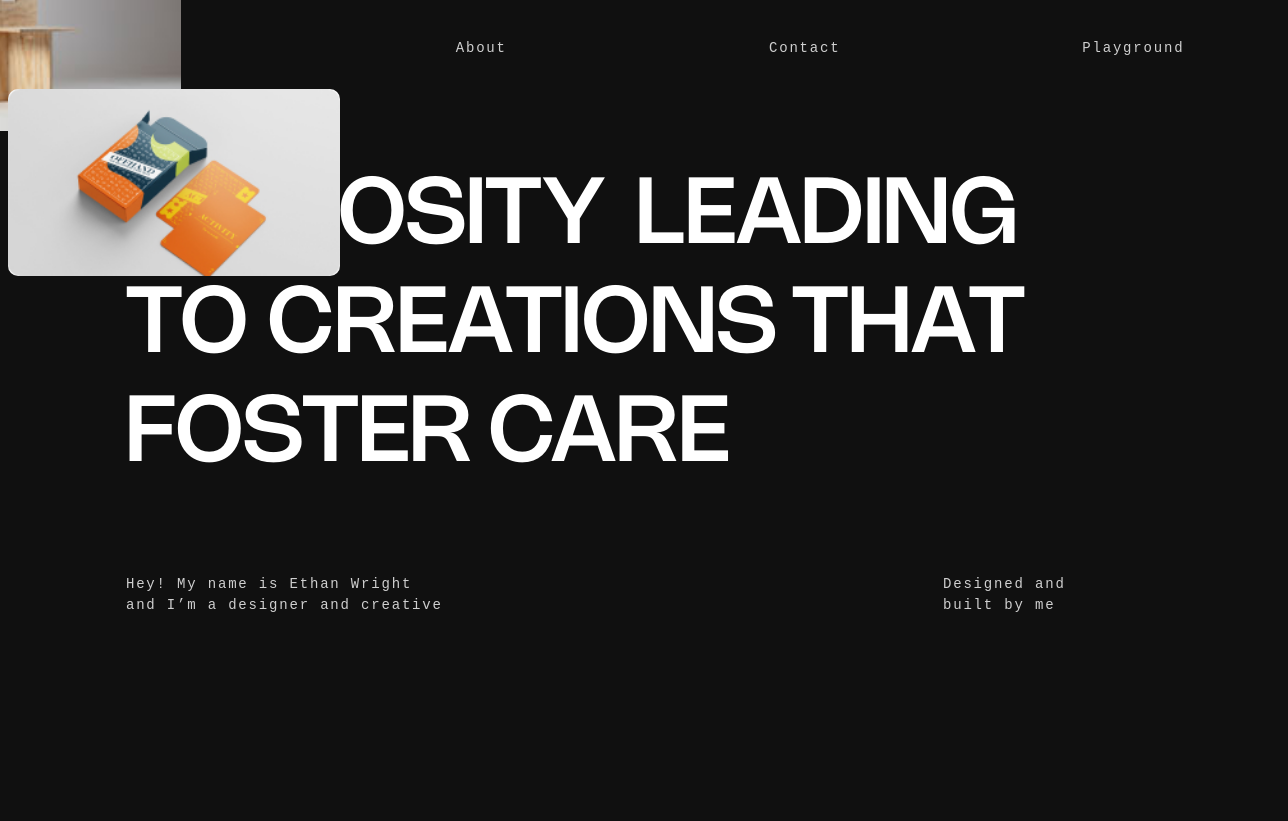
Repository: theethanwright/ethan_wright_portfolio
Page: home.html
The author's editor kept a copy of each file at every save. The page is drawn from the files as they stood at one save, then again after the next save.
The browser window is 1280 px wide. The page is 1288 px wide, so the pictures cover 1288 px, including what lies to the right of the window. The pictures show the whole page.
Some web libraries are served in a nearby version.

Above is the page before, as saved 2023-12-24 13:30:15.
Console error: TypeError: Cannot read properties of undefined (reading 'width')

### home.html
<!DOCTYPE html>
<html lang="en">
<head>
    <meta charset="UTF-8">
    <meta name="viewport" content="width=device-width, initial-scale=1.0">
    <script defer src="node_modules/matter-js/build/matter.min.js"></script>
    <script defer src="app.js"></script>
    <link rel="stylesheet" href="style.css">
    <title>Home</title>
</head>
<body>
    <div class="container">
        <div class="logo">
            <svg xmlns="http://www.w3.org/2000/svg" width="16" height="17" viewBox="0 0 16 17" fill="none">
                <path d="M14.3673 0H3.61693C1.61938 0 0 1.6756 0 3.74249C0 5.80938 1.61938 7.48498 3.61693 7.48498H9.1428C12.5831 7.48498 15.372 4.59931 15.372 1.03958C15.372 0.46542 14.9221 0 14.3673 0Z" fill="white"/>
                <path d="M9.1428 8.72827H3.61693C1.61938 8.72827 0 10.4039 0 12.4708C0 14.5377 1.61938 16.2133 3.61693 16.2133H14.3673C14.9221 16.2133 15.372 15.7478 15.372 15.1737C15.372 11.6139 12.5831 8.72827 9.1428 8.72827Z" fill="white"/>
            </svg>
            <svg xmlns="http://www.w3.org/2000/svg" width="17" height="17" viewBox="0 0 17 17" fill="none">
                <path d="M1.63275 0C1.07786 0 0.628052 0.46542 0.628052 1.03958V12.8729C0.628052 14.9398 2.24743 16.6154 4.24498 16.6154C6.24253 16.6154 7.86191 14.9398 7.86191 12.8729V6.4454C7.86191 2.88567 5.07306 0 1.63275 0Z" fill="white"/>
                <path d="M15.2936 0C11.8532 0 9.06439 2.88567 9.06439 6.4454V12.8729C9.06439 14.9398 10.6838 16.6154 12.6813 16.6154C14.6789 16.6154 16.2983 14.9398 16.2983 12.8729V1.03958C16.2983 0.46542 15.8484 0 15.2936 0Z" fill="white"/>
            </svg>
        </div>
        <p>Work</p>
        <p>About</p>
        <p>Contact</p>
        <p>Playground</p>
    </div>
    <div class="text">CURIOSITY LEADING TO CREATIONS THAT FOSTER CARE </div>
    <img src="public/images/2.jpg" alt="" class="image" draggable="false">
    <img src="public/images/1.jpg" alt="" class="image" draggable="false">
    <div class="intro"><p>Hey! My name is Ethan Wright and I’m a designer and creative</p></div>
    <div class="fun-fact"><p>Designed and built by me</p></div>
</body>
</html>

### app.js
const canvasSize = {
    width: window.innerWidth,
    height: window.innerHeight
  };

  const lineHeight = (window.innerWidth * 8.5) / 100;
  const displayPaddingLeft = (window.innerWidth * 9.838) / 100;
  const displayPaddingTop = (window.innerHeight * 23.903) / 100;

  const spaceBetweenWords = 20;

  const splitWords = () => {
    const textNode = document.querySelector(".text");
    const text = textNode.textContent.trim(); // Remove leading/trailing whitespace
    const words = text.split(" ");
    const lines = [
      ["CURIOSITY", "LEADING"],
      ["TO", "CREATIONS", "THAT"],
      ["FOSTER", "CARE"]
    ];

    const lineDivs = lines.map((lineWords) => {
      const spanElements = lineWords.map((word) => {
        return `<span class="word">${word}</span>`;
      });
      return `<div class="line">${spanElements.join("")}</div>`;
    });

    textNode.innerHTML = lineDivs.join("");
  };

  splitWords();

const renderCanvas = () => {
  const Engine = Matter.Engine;
  const Render = Matter.Render;
  const World = Matter.World;
  const Body = Matter.Body;
  const Events = Matter.Events;
  const Bodies = Matter.Bodies;
  const Runner = Matter.Runner;
  const Composite = Matter.Composite;
  const params = {
    isStatic: true,
    render: {
      fillStyle: "transparent"
    }
  };

  const engine = Engine.create({});

  const render = Render.create({
    element: document.body,
    engine: engine,
    options: {
      ...canvasSize,
      background: "transparent",
      wireframes: false,
    }
  });

  // walls and other configurations remain the same...
  Composite.add(engine.world, [
      // walls
      Bodies.rectangle(
          canvasSize.width / 2,
          canvasSize.height,
          canvasSize.width,
          50,
          params,
     { isStatic: true }),
      Bodies.rectangle(
          0,
          canvasSize.height / 2,
          50,
          canvasSize.height,
          params,
           { isStatic: true }),
      Bodies.rectangle(
          canvasSize.width,
          canvasSize.height / 2,
          50,
          canvasSize.height,
          params,
           { isStatic: true }),
      Bodies.rectangle(
          canvasSize.width / 2,
          0,
          canvasSize.width,
          50,
          params,
           { isStatic: true })
  ]);

const imageBodies = [];
const imageElements = document.querySelectorAll(".image");

var lastTime = 0,
scaleRate = 3.5;

imageElements.forEach((imageElem) => {
    const randomLeft = Math.floor(Math.random() * window.innerWidth);
    const randomTop = Math.floor(Math.random() * window.innerHeight);
    const iBody = Bodies.rectangle(
        randomLeft,
        randomTop,
        9,
        5,
      {
        render: { fillStyle: "transparent" }
      }
     );

     Events.on(engine, 'beforeUpdate', function(event) {
        var timeScale = (event.delta || (1000 / 60)) / 1000;

        if (scaleRate > 0) {
            Body.scale(iBody, 1 + (scaleRate * timeScale), 1 + (scaleRate * timeScale));
        }

        if (engine.timing.timestamp - lastTime >= 1000) {

            // stop scaling
            scaleRate = 0;

            // update last time
            lastTime = engine.timing.timestamp;
        }
    });

     imageBodies.push({ iBody, imageElem});

    });


    const wordBodies = [];
    const lineDivs = document.querySelectorAll(".line");

    let currentY = displayPaddingTop; // Starting Y-coordinate for the first line
    lineDivs.forEach((lineDiv) => {
      const wordElements = lineDiv.querySelectorAll(".word");
      let currentX = displayPaddingLeft; // Starting X-coordinate for each line

      wordElements.forEach((wordElem) => {
        const width = wordElem.offsetWidth;
        const height = wordElem.offsetHeight;

        const body = Bodies.rectangle(
          currentX + width / 2,
          currentY + height / 2,
          width,
          height,
          {
            render: { fillStyle: "transparent" }
          }
        );

        wordBodies.push({ body, elem: wordElem });

        currentX += width + spaceBetweenWords;
      });

      currentY += lineHeight; // Adjust this value for vertical spacing between lines
    });

    World.add(engine.world, [
      ...wordBodies.map((box) => box.body),
      ...imageBodies.map((box) =>box.iBody),
    ]);

  engine.gravity.y = 0;

  render.options.showCollisions

  const mouse = Matter.Mouse.create(document.body);
  const mouseConstraint = Matter.MouseConstraint.create(engine, {
    mouse,
    constraint: {
      stiffness: 0.2,
      render: {
        visible: false
      }
    }
  });
  mouse.element.removeEventListener("mousewheel", mouse.mousewheel);
  mouse.element.removeEventListener("DOMMouseScroll", mouse.mousewheel);

  World.add(engine.world, [
    ...wordBodies.map((box) => box.body),
    mouseConstraint
  ]);
  render.mouse = mouse;
  Runner.run(engine);
  Render.run(render);

  (function rerender() {
    wordBodies.forEach(({ body, elem }) => {
    const { x, y } = body.position;
    elem.style.top = `${y - elem.offsetHeight / 2}px`;
    elem.style.left = `${x - elem.offsetWidth / 2}px`;
    elem.style.transform = `rotate(${body.angle}rad)`;
});

imageBodies.forEach(({ iBody, imageElem }) => {
    const { x, y } = iBody.position;
    const iHieght = iBody.height;
    imageElem.style.top = `${y - imageElem.offsetHeight / 2}px`;
    imageElem.style.left = `${x - imageElem.offsetWidth / 2}px`;
    imageElem.style.height = `${iHieght + imageElem.offsetHeight}px`;
    imageElem.style.width = `${imageElem.iBody.width}px`;
    imageElem.style.transform = `rotate(${iBody.angle}rad)`;
  });

Matter.Engine.update(engine);
requestAnimationFrame(rerender);
})();

};

window.addEventListener("resize", () => {
  // Update canvasSize when the window is resized
  canvasSize.width = window.innerWidth;
  canvasSize.height = window.innerHeight;

  // Rerender canvas with the updated size
  renderCanvas();
});

window.addEventListener("DOMContentLoaded", (event) => {
  splitWords();
  renderCanvas();
});

### style.css
@font-face {
    font-family: "Nohemi";
    src: url(public/fonts/Nohemi-Medium.woff2);
  }

@import url('https://fonts.googleapis.com/css2?family=IBM+Plex+Mono&display=swap');

p {
    color: rgba(255, 255, 255, 0.80);
    font-family: 'IBM Plex Mono', monospace;
    font-size: 14px;
    font-style: normal;
    font-weight: 400;
    line-height: 150%; /* 21px */
    letter-spacing: 1.82px;
}

  body {
    display: block;
    overflow: hidden;
    background: #101010;
  }

.container {
    padding: 16px 30px;
    display: grid;
    margin: 0;
    grid-template-columns: repeat(12, 6.771vw);
    gap: 1.389vw;
}

.word {
    position: absolute;
    transform-origin: 50% 50%;
    cursor: grab;
    user-select: none;
    font-family: "Nohemi";
    color: #fff;
    font-size: 7.176vw;
    margin-right: 10px;
    line-height: auto;
  }

.logo {
    grid-column-start: 1;
    display: flex;
    width: 34px;
    height: 16px;
    justify-content: center;
    align-items: center;
    gap: 3.256px;
    justify-self: start;
    align-self: center;
  }

  p:nth-child(2) {
    grid-column-start: 2;
    justify-self: start;
    align-self: center;
  }

  p:nth-child(3) {
    grid-column-start: 5;
    justify-self: start;
    align-self: center;
  }

  p:nth-child(4) {
    grid-column-start: 8;
    justify-self: start;
    align-self: center;
  }

  p:nth-child(5) {
    grid-column-start: 11;
    justify-self: start;
    align-self: center;
  }

  .intro {
    position: absolute;
    top: 77.798vh;
    left: 9.838vw;
    width: 320px;
  }

  .fun-fact {
    position: absolute;
    top: 77.798vh;
    left: 73.669vw;
    width: 143px;
    height: 42px;
  }

  .image {
    width: 200px;
    height: 112px;
    position: absolute;
    width: 332px;
    height: 187px;
    flex-shrink: 0;

    border-radius: 10px;
  }

After the next save:
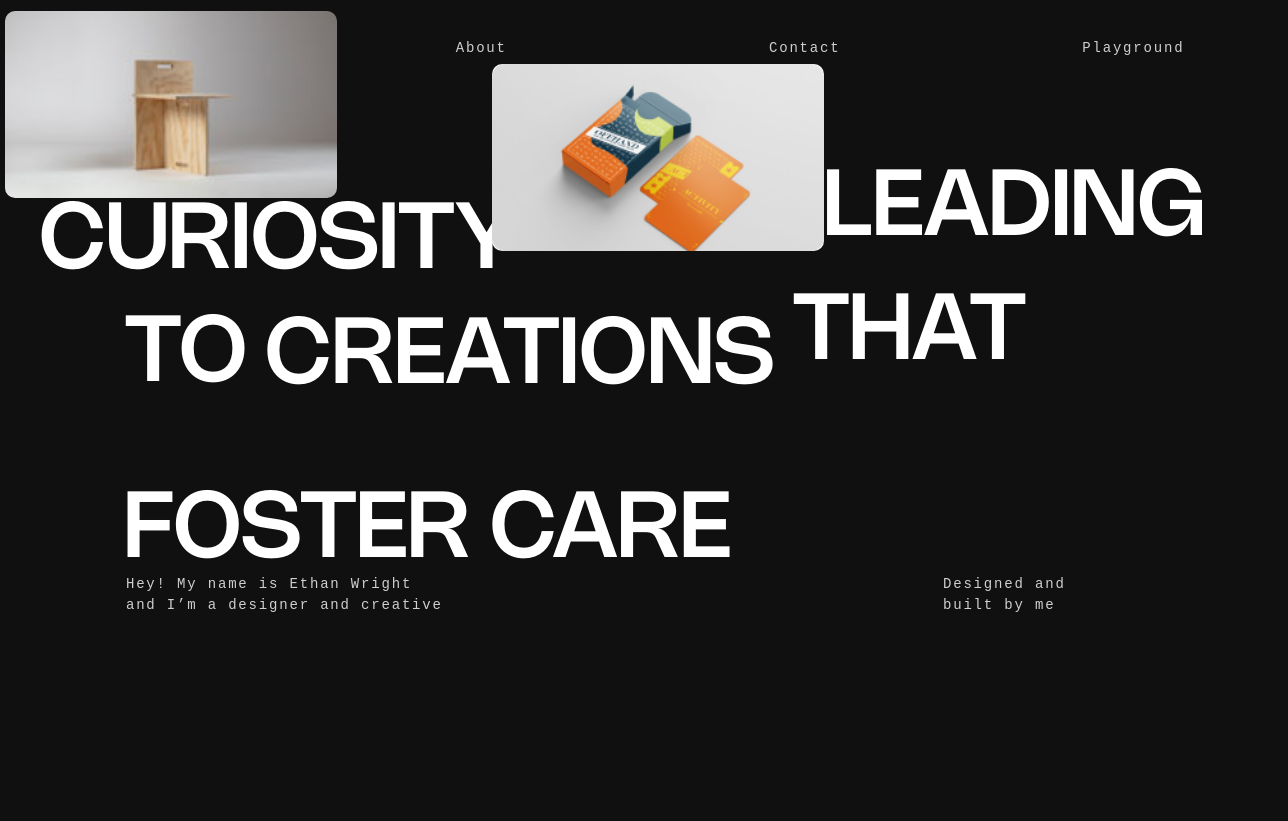
The error is gone.
Saved 19 s later.
--- a/app.js
+++ b/app.js
@@ -207,7 +207,7 @@ imageBodies.forEach(({ iBody, imageElem }) => {
     imageElem.style.top = `${y - imageElem.offsetHeight / 2}px`;
     imageElem.style.left = `${x - imageElem.offsetWidth / 2}px`;
     imageElem.style.height = `${iHieght + imageElem.offsetHeight}px`;
-    imageElem.style.width = `${imageElem.iBody.width}px`;
+   // imageElem.style.width = `${imageElem.iBody.width}px`;
     imageElem.style.transform = `rotate(${iBody.angle}rad)`;
   });
 
